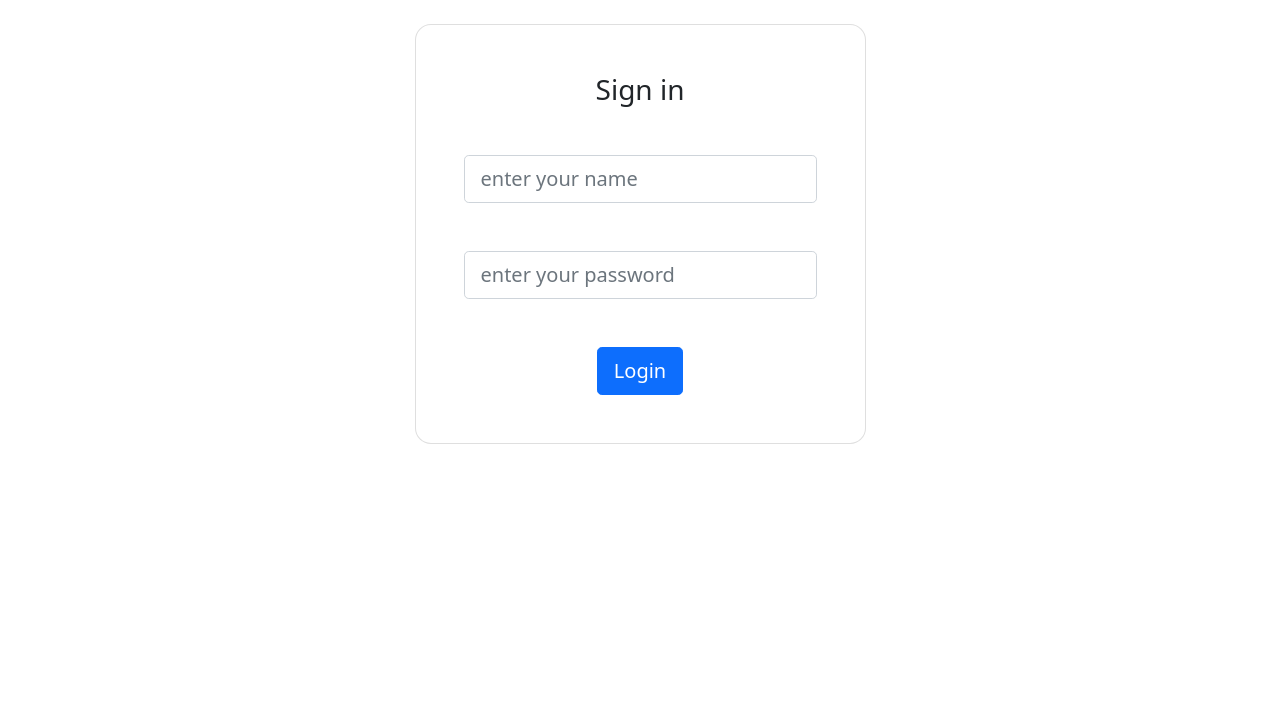
Repository: ahamie71/miniblog
Page: http://localhost/connect.php
An editor plug-in stored every save of this project. The page is shown before and after the next save, followed by the edit.
The browser window is 1280 px wide. The pictures show the whole page.
The page is run by PHP 8.4 with error messages shown; the project is at /var/www/html/.

Above is the page before, as saved 2023-03-01 16:52:16.

After the next save:
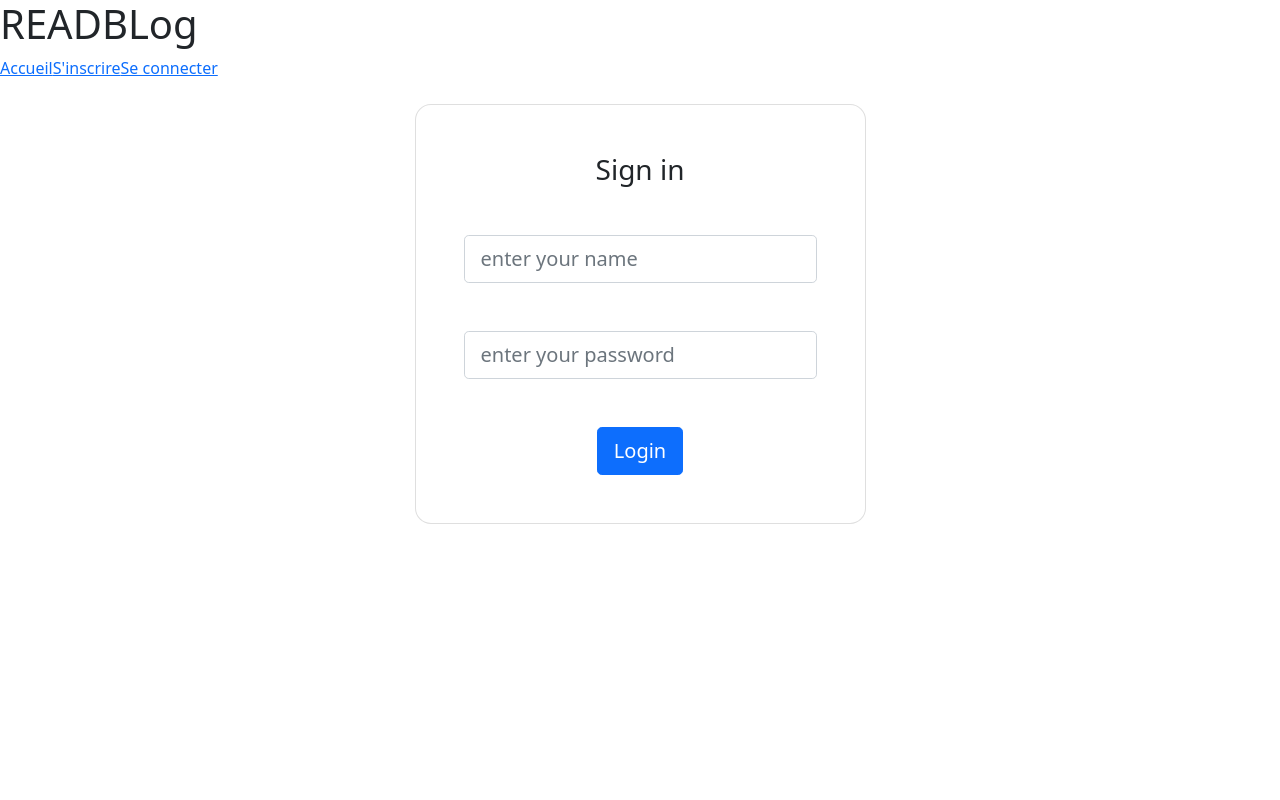
Saved 8 s later.
--- a/connect.php
+++ b/connect.php
@@ -11,7 +11,7 @@
 </head>
 
 <body>
-
+<?php include './inc/header.php'; ?>
   <form action="index.php" method="POST">
     <section class="vh-100" style="background-color:white;">
       <div class="container py-4 h-100">
